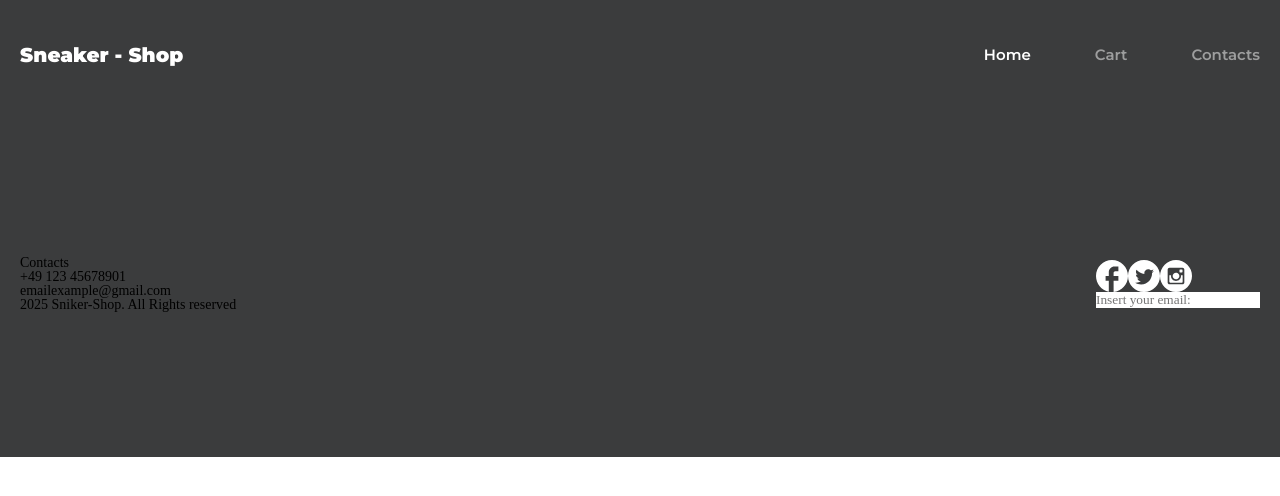
Repository: IstratiiNik/sneaker-shop
Page: /
These files come from the project's save history. The page is drawn as it stood at one moment and after the next save; the edit follows.
The browser window is 1280 px wide. The pictures show the whole page.
The project was rebuilt for these pictures with package versions that can differ from the ones it lists, and the page was loaded fresh each time. Also part of the build but not shown: vite.config.js.

Above is the page before, as saved 2025-07-01 14:00:03.

### index.html
<!DOCTYPE html>
<html lang="en">
  <head>
    <meta charset="UTF-8" />
    <link rel="icon" type="image/svg+xml" href="/vite.svg" />
    <link rel="preconnect" href="https://fonts.googleapis.com" />
    <link rel="preconnect" href="https://fonts.gstatic.com" crossorigin />
    <link
      href="https://fonts.googleapis.com/css2?family=Montserrat:ital,wght@0,100..900;1,100..900&family=Red+Hat+Display:ital,wght@0,300..900;1,300..900&display=swap"
      rel="stylesheet"
    />
    <meta name="viewport" content="width=device-width, initial-scale=1.0" />
    <title>Sneaker Shop</title>
  </head>
  <body>
    <div id="root"></div>
    <script type="module" src="/src/main.jsx"></script>
  </body>
</html>

### src/App.jsx
import Header from "./components/Header/Header";
import Footer from "./components/Footer/Footer";
import "./App.css";

function App() {
  return (
    <div className="wrapper">
      <Header />
      <Footer />
    </div>
  );
}

export default App;

### src/components/Header/Header.jsx
import React from "react";
import { NavLink } from "react-router-dom";
import styles from "./Header.module.scss";

const Header = () => {
  return (
    <header className={styles.header}>
      <div className={styles.container}>
        <h1>Sneaker - Shop</h1>
        <nav className={styles.nav}>
          <NavLink
            to="/"
            style={({ isActive }) => ({
              color: isActive ? "#FFFFFF" : "#FFFFFF80",
            })}
          >
            Home
          </NavLink>
          <NavLink
            to="/cart"
            style={({ isActive }) => ({
              color: isActive ? "#FFFFFF" : "#FFFFFF80",
            })}
          >
            Cart
          </NavLink>
          <NavLink
            to="/contacts"
            style={({ isActive }) => ({
              color: isActive ? "#FFFFFF" : "#FFFFFF80",
            })}
          >
            Contacts
          </NavLink>
        </nav>
      </div>
    </header>
  );
};

export default Header;

### src/components/Footer/Footer.jsx
import React from "react";
import styles from "./Footer.module.scss";
import facebookLogo from "../../assets/Facebook_logo.svg";
import twitterLogo from "../../assets/Twitter_logo.svg";
import instagramLogo from "../../assets/Instagram_logo.svg";

const Footer = () => {
  return (
    <footer className={styles.footer}>
      <div className={styles.container}>
        <div className={styles.footerLeft}>
          <p>Contacts</p>
          <div>
            <p>+49 123 45678901</p>
            <p>emailexample@gmail.com</p>
          </div>
          <p>2025 Sniker-Shop. All Rights reserved</p>
        </div>
        <div className={styles.footerRight}>
          <div>
            <a href="link.domain">
              <img src={facebookLogo} alt="facebook" />
            </a>
            <a href="link.domain">
              <img src={twitterLogo} alt="twitter" />
            </a>
            <a href="link.domain">
              <img src={instagramLogo} alt="instagram" />
            </a>
          </div>
          <input type="text" placeholder="Insert your email:" />
        </div>
      </div>
    </footer>
  );
};

export default Footer;

### src/App.css
@import "reset.css";

#root {
  margin: 0 auto;
  height: 100%;
}

.wrapper {
  min-height: 100vh;
  display: flex;
  flex-direction: column;
}

### src/components/Header/Header.module.scss
.header {
  background-color: rgb(59, 60, 61);
  height: 110px;
  width: 100%;
}
.container {
  max-width: 1420px;
  margin: 0 auto;
  height: 100%;
  display: flex;
  align-items: center;
  justify-content: space-between;
  padding: 0 20px;

  h1 {
    color: rgb(255, 255, 255);
    font-family: Montserrat;
    font-size: 20px;
    font-weight: 900;
    line-height: 24px;
  }
}

.nav {
  display: flex;
  gap: 64px;

  font-family: Montserrat;
  font-size: 15px;
  font-weight: 600;
  line-height: 18px;

  @media (max-width: 900px) {
    gap: 40px;
  }

  @media (max-width: 600px) {
    gap: 30px;
  }
}

### src/components/Footer/Footer.module.scss
.footer {
  background-color: rgb(59, 60, 61);
  height: 347px;
  width: 100%;
}
.container {
  max-width: 1420px;
  margin: 0 auto;
  height: 100%;
  display: flex;
  align-items: center;
  justify-content: space-between;
  padding: 0 20px;
}

.footerLeft{
	p{

	}
}

.footerRight {
}

### src/reset.css
@charset "UTF-8";
/*Обнуление*/
* {
  padding: 0;
  margin: 0;
  border: 0;
}

*,
*:before,
*:after {
  -webkit-box-sizing: border-box;
  box-sizing: border-box;
}

:focus,
:active {
  outline: none;
}

a:focus,
a:active {
  outline: none;
}

nav,
footer,
header,
aside {
  display: block;
}

html,
body {
  height: 100%;
  width: 100%;
  font-size: 100%;
  line-height: 1;
  font-size: 14px;
  -ms-text-size-adjust: 100%;
  -moz-text-size-adjust: 100%;
  -webkit-text-size-adjust: 100%;
}

input,
button,
textarea {
  font-family: inherit;
}

input::-ms-clear {
  display: none;
}

button {
  cursor: pointer;
}

button::-moz-focus-inner {
  padding: 0;
  border: 0;
}

a,
a:visited {
  text-decoration: none;
}

a:hover {
  text-decoration: underline;
}

ul li {
  list-style: none;
}

img {
  vertical-align: top;
}

h1,
h2,
h3,
h4,
h5,
h6 {
  font-size: inherit;
  font-weight: inherit;
}

/*--------------------*/

Loaded but not shown: src/main.jsx (common file)

After the next save:
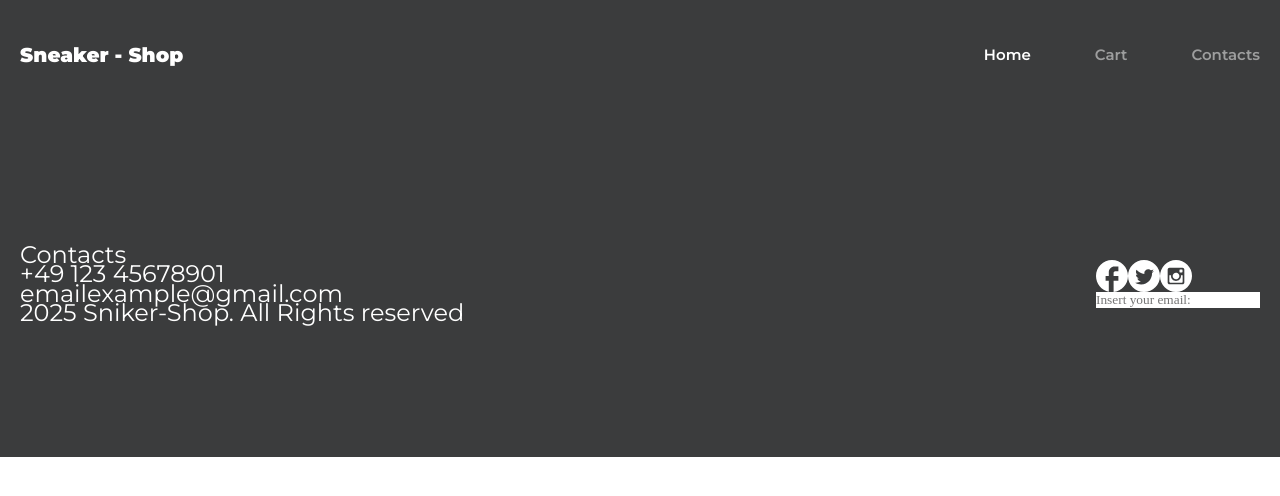
Saved 20 s later.
--- a/src/components/Footer/Footer.module.scss
+++ b/src/components/Footer/Footer.module.scss
@@ -13,10 +13,16 @@
   padding: 0 20px;
 }
 
-.footerLeft{
-	p{
-
-	}
+.footerLeft {
+  p {
+    color: rgb(255, 255, 255);
+    font-family: Montserrat;
+    font-size: 24px;
+    font-weight: 400;
+    line-height: 81%;
+    letter-spacing: 0%;
+    text-align: left;
+  }
 }
 
 .footerRight {

After the 2 saves that followed:
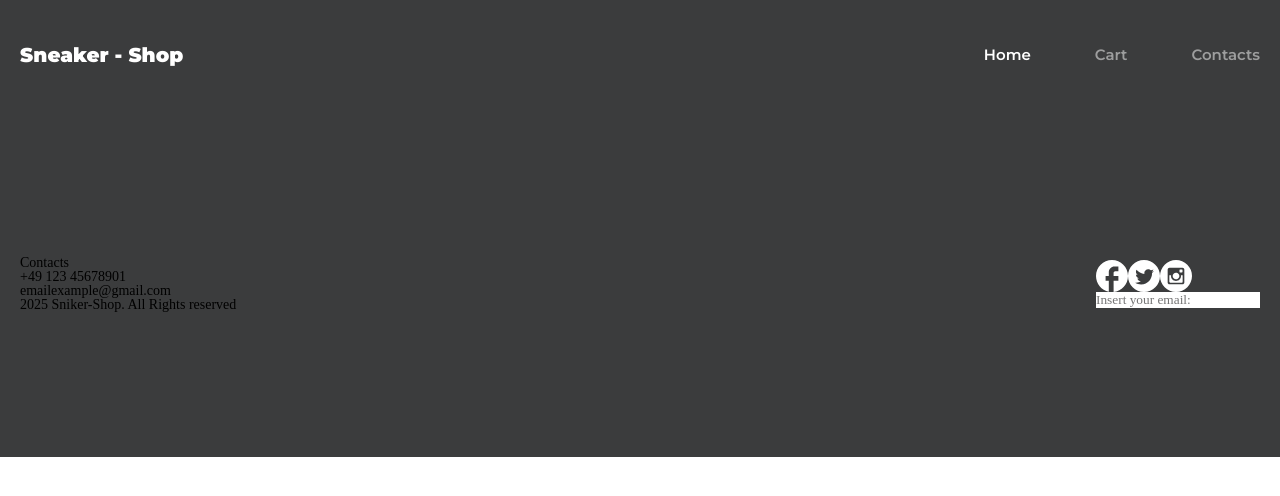
The 2 saves are shown as one change because 1 left the picture as it was.
The last was saved 79 s later.
--- a/src/components/Footer/Footer.module.scss
+++ b/src/components/Footer/Footer.module.scss
@@ -14,14 +14,12 @@
 }
 
 .footerLeft {
-  p {
+  h3 {
     color: rgb(255, 255, 255);
     font-family: Montserrat;
     font-size: 24px;
     font-weight: 400;
     line-height: 81%;
-    letter-spacing: 0%;
-    text-align: left;
   }
 }
 
